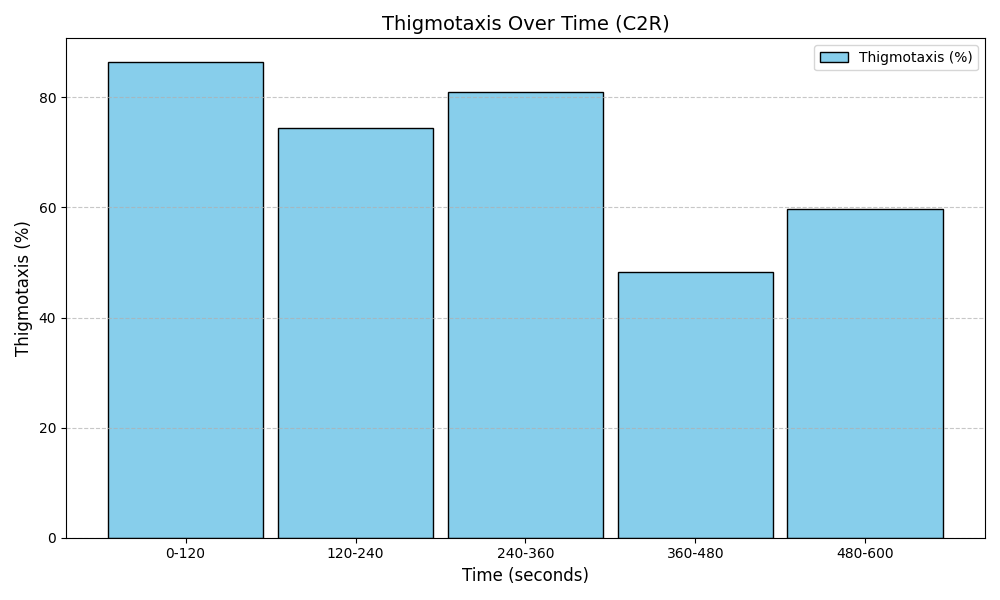
Repository: ZoharBNH5/Behavioral-Testing-Laboratory
Script's output: python bhave_tests.py
These files come from the project's save history. The script's output is drawn as it stood at one moment and after the next save; the edit follows.
Random numbers start from a fixed seed. It also reads C1W_241124_new.mat, C2R_271124_new.mat.

Above is the script's output before, as saved 2024-11-29 12:52:40.

After the next save:
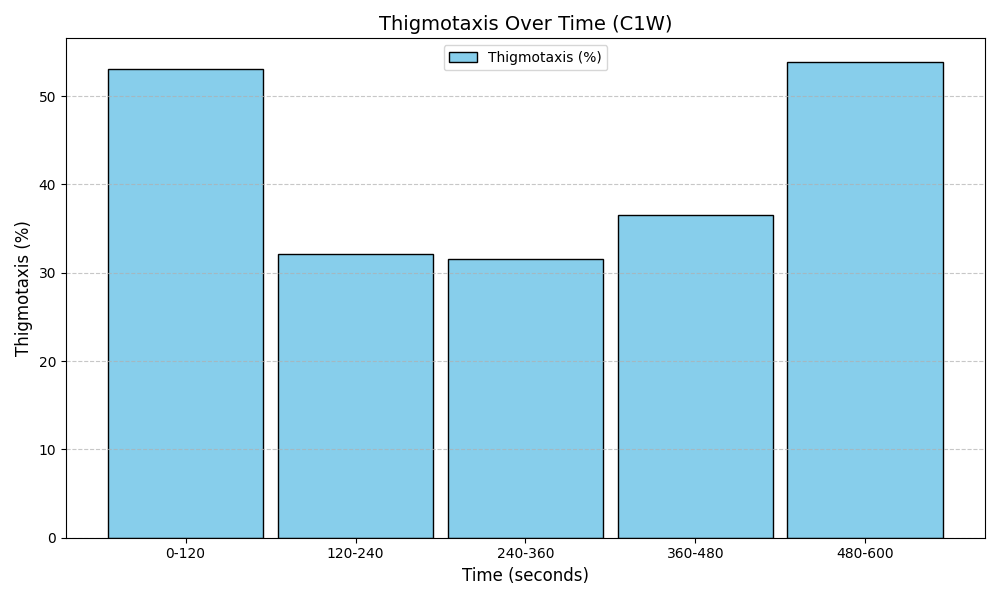
Saved 30 s later.
--- a/bhave_tests.py
+++ b/bhave_tests.py
@@ -9,8 +9,8 @@ import matplotlib.pyplot
 
 
 # load data from file
-data = loadmat('C2R_271124_new.mat')
-mouse_num = "C2R"
+data = loadmat('C1w_241124_new.mat')
+mouse_num = "C1W"
 
 print(data.keys())
 # Extract grooming start-stop data
